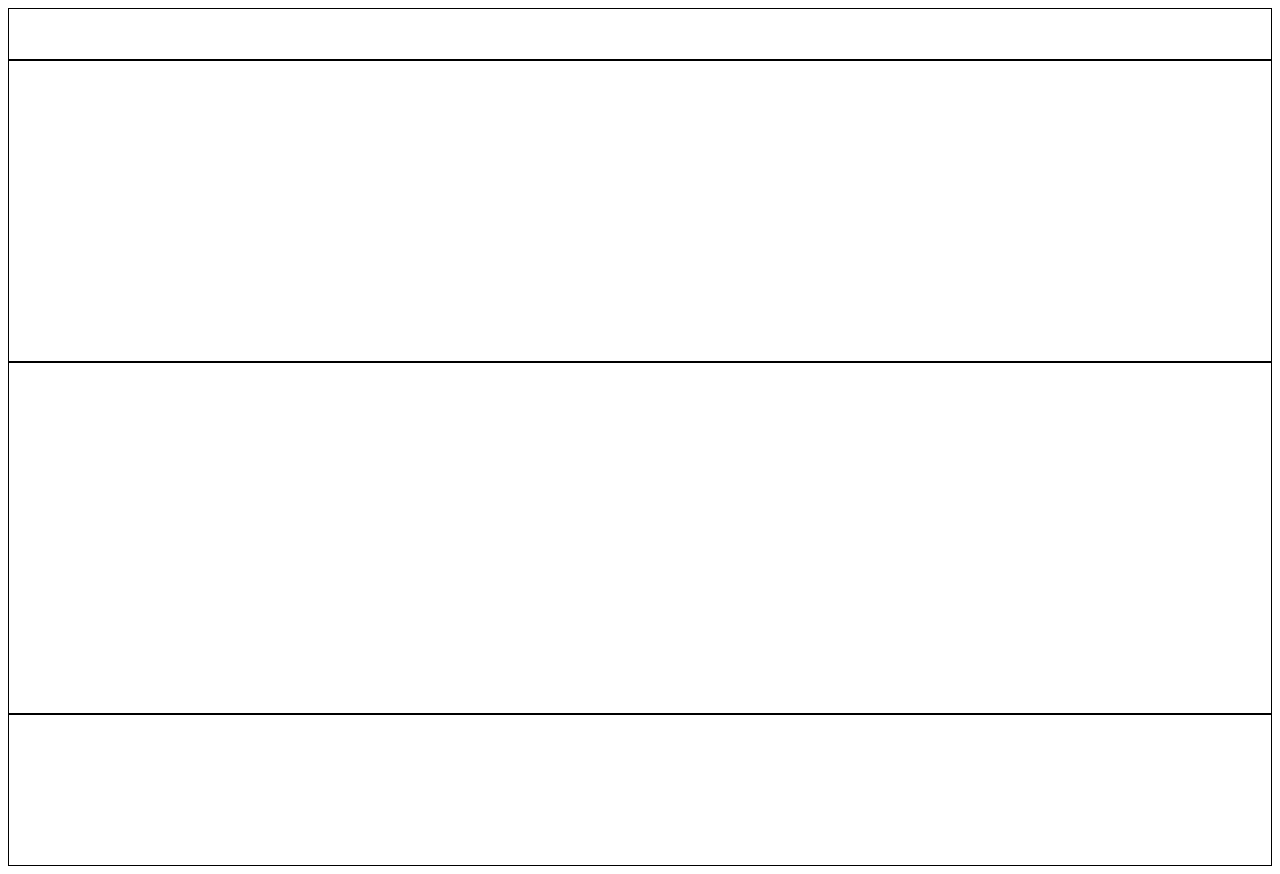
Repository: AishwaryaPandey987/PGLife
Page: home.html
An editor plug-in stored every save of this project. The page is shown before and after the next save, followed by the edit.
The browser window is 1280 px wide. The pictures show the whole page.

Above is the page before, as saved 2022-10-29 11:06:13.

### home.html
<!DOCTYPE html>
  <html>
    <head>
        <title>CSS Page</title>
         <link rel="stylesheet" href="css/style.css" />
    </head>
    <body>
    <div class="container">
      <div class="navbar"></div>
      <div class="img"></div>
      <div class="scroll"></div>
      <div class="footer"></div>
    </div>


    </body>
  </html>

### css/style.css
.navbar{
  height: 50px;
  border: 1px solid black;
}
.img{
  height: 300px;
  border: 1px solid black;
}
.scroll{
  height: 350px;
  border: 1px solid black;
}
.footer{
  height: 150px;
  border: 1px solid black;
}

After the next save:
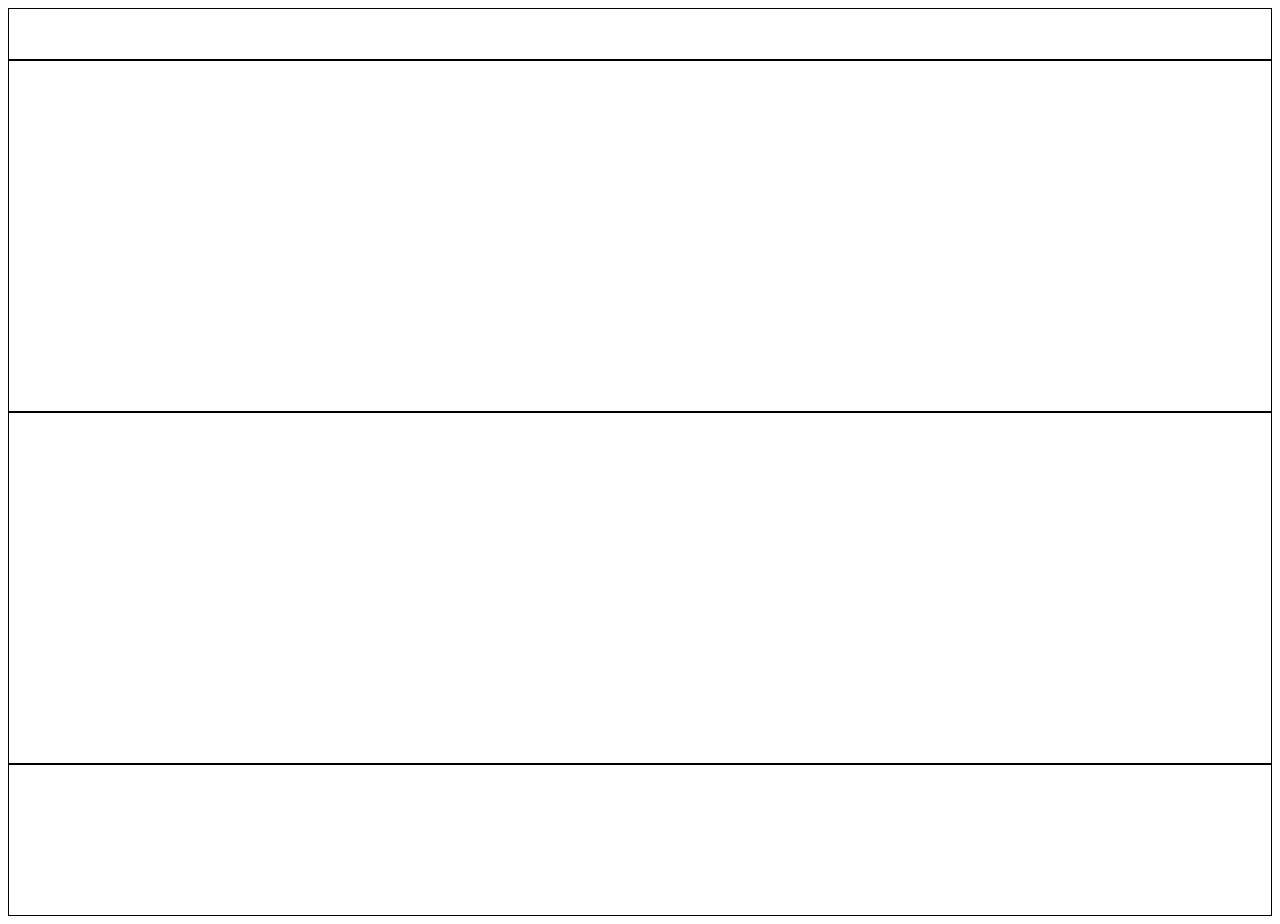
Saved 20 s later.
--- a/css/style.css
+++ b/css/style.css
@@ -3,7 +3,7 @@
   border: 1px solid black;
 }
 .img{
-  height: 300px;
+  height: 350px;
   border: 1px solid black;
 }
 .scroll{
